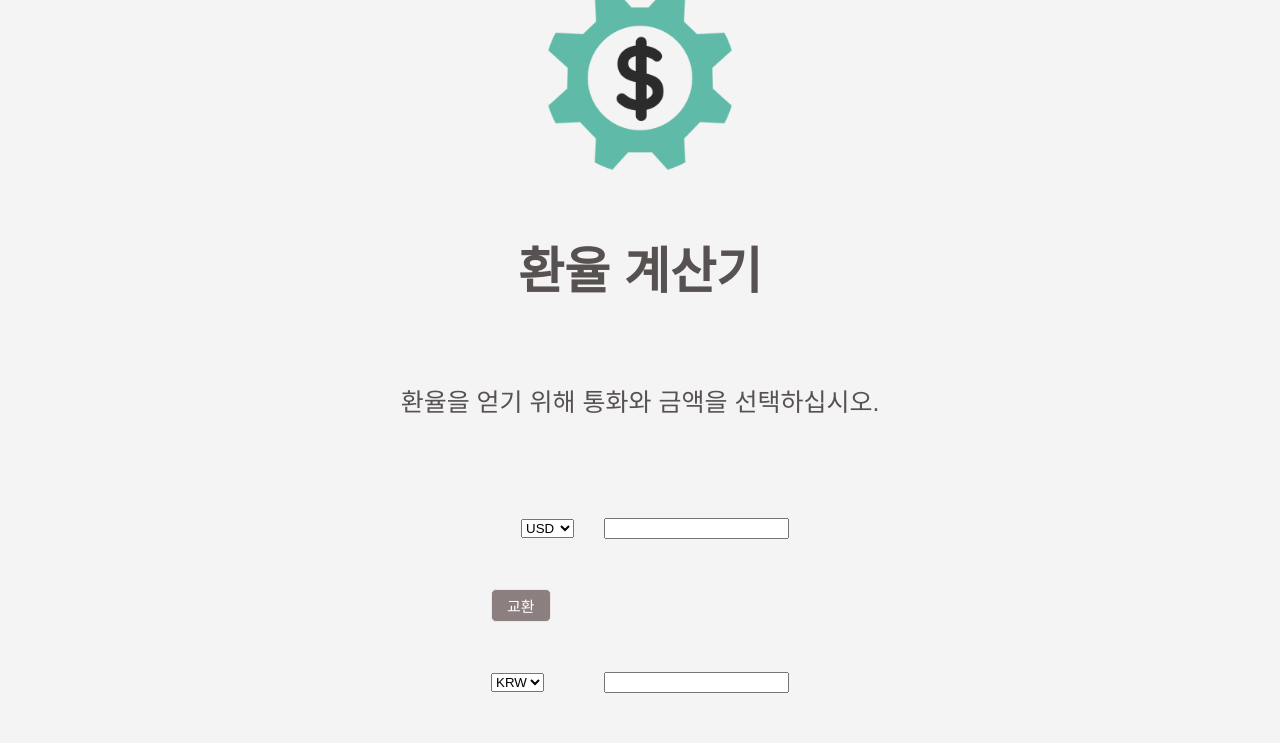
Repository: AbrorjonKuchkarov/exchange-rate
Page: index.html
An editor plug-in stored every save of this project. The page is shown before and after the next save, followed by the edit.
The browser window is 1280 px wide. The pictures show the whole page.

Above is the page before, as saved 2022-02-24 01:31:20.

After the next save:
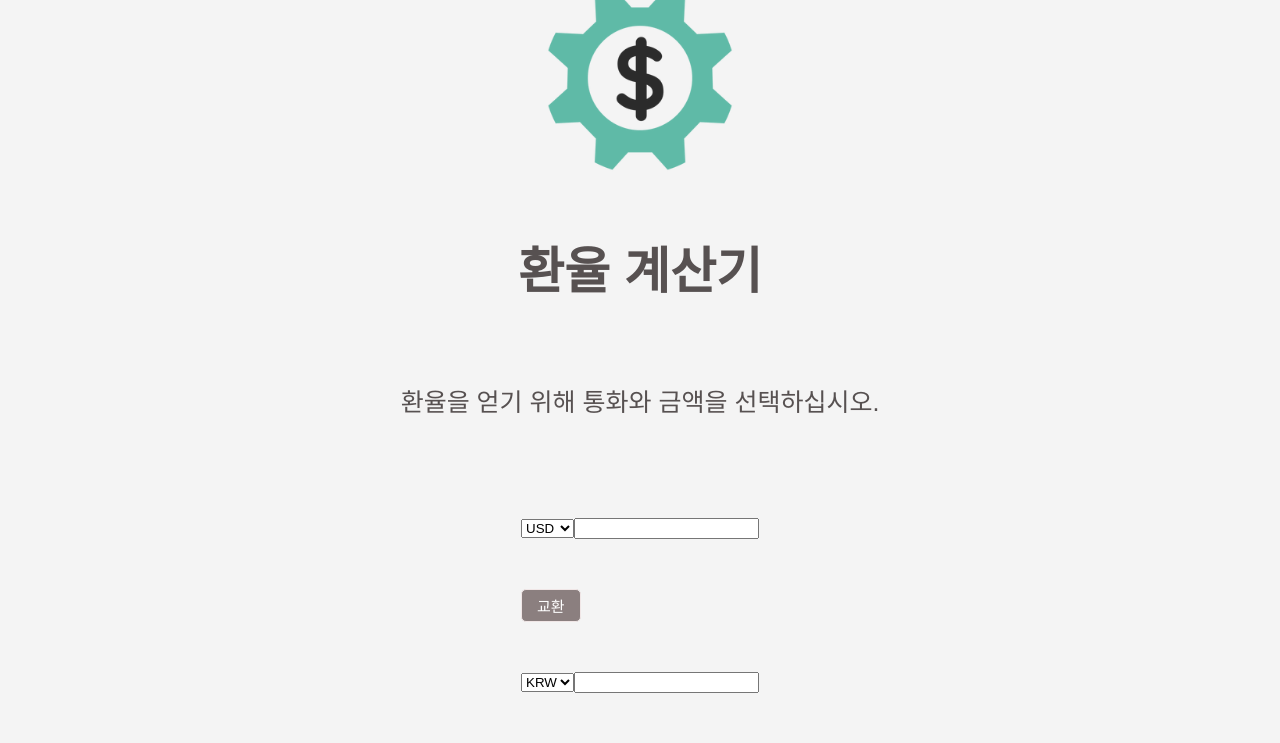
Saved 23 s later.
--- a/style.css
+++ b/style.css
@@ -50,6 +50,6 @@ p{
 }
 
 #selectOne{
-   margin: 0 30px;
+
 
 }
